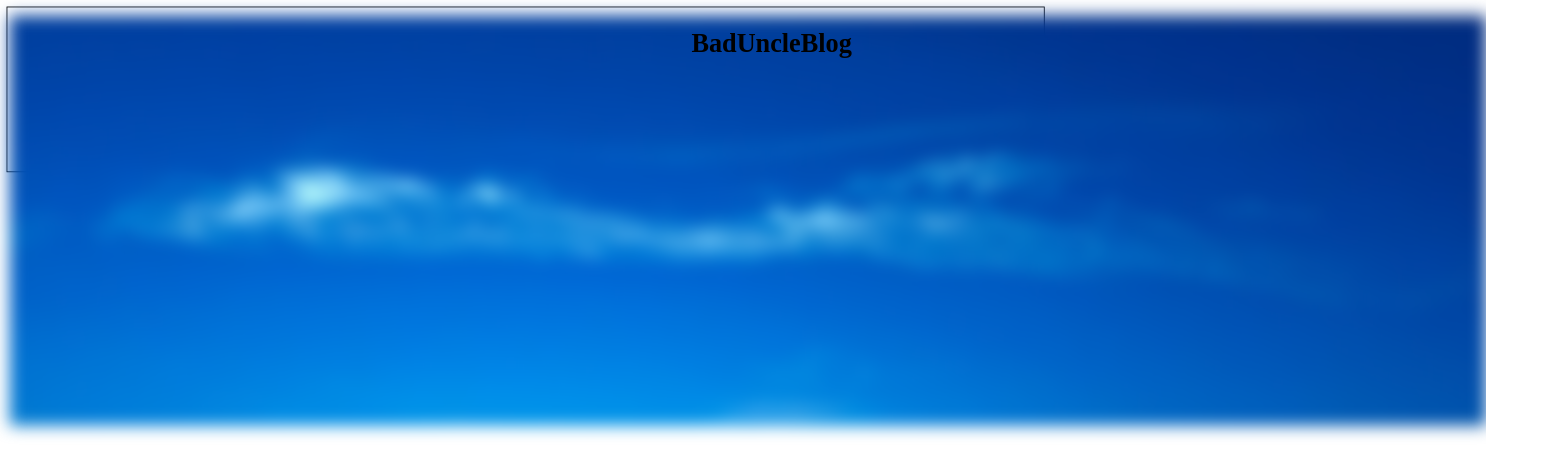
Repository: lidasi/monkeyLife
Page: http://localhost/monkeyLife/jsp/topbar.jsp
These files come from the project's save history. The page is drawn as it stood at one moment and after the next save; the edit follows.
The browser window is 1280 px wide. The page is 1812 px wide, then 1909 px, so the pictures cover 1909 px, including what lies to the right of the window. The pictures show the whole page, at 82% of full size.
The page is served by Tomcat 9.

Above is the page before, as saved 2017-07-13 07:22:59.

After the next save:
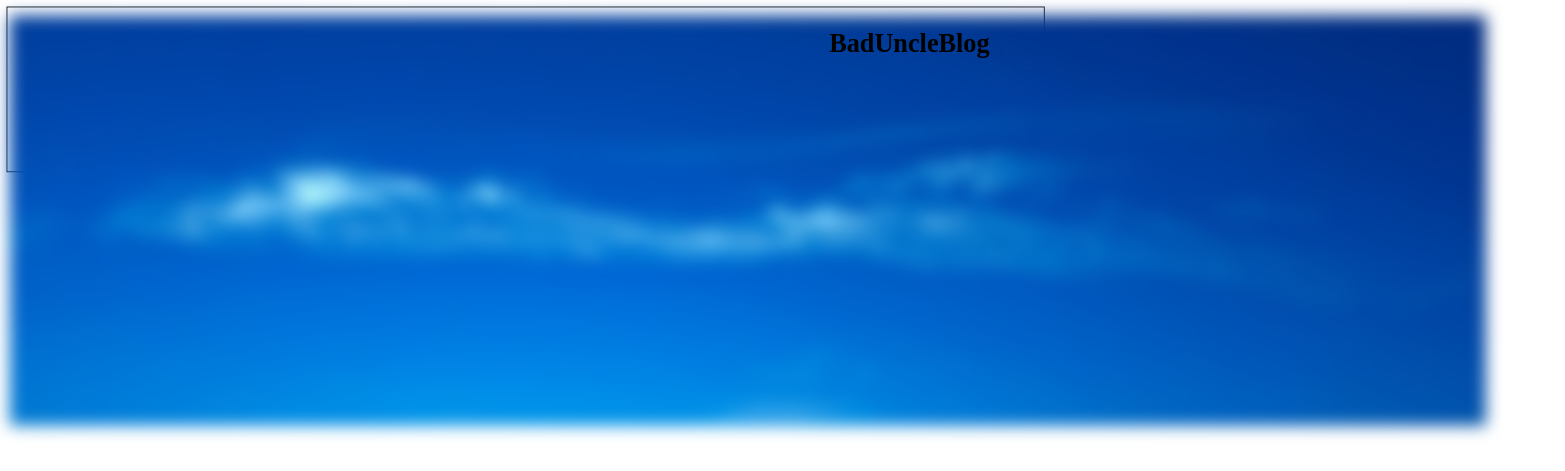
Saved 41 s later.
--- a/workSpeaces/monkeyLife/WebContent/css/top.css
+++ b/workSpeaces/monkeyLife/WebContent/css/top.css
@@ -35,5 +35,5 @@
     }
 }
 #title{
-	position:absolute; left:300px; top:5px; width: 100%; height: 80px; text-align: center;
+	position:absolute; left:300px; top:5px; width: 1600px; height: 80px; text-align: center;
 }
